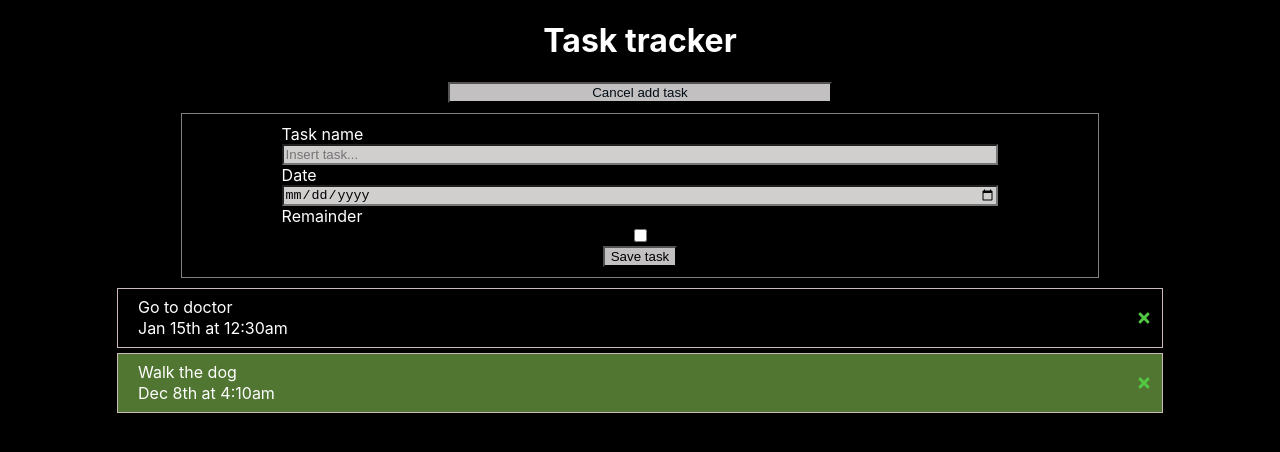
Repository: roscaImarius/task-tracker-react
Page: /, after clicking the first element matching `button.add-btn`
The author's editor kept a copy of each file at every save. The page is drawn from the files as they stood at one save, then again after a run of saves.
The browser window is 1280 px wide. The pictures show the whole page.
The project was rebuilt for these pictures with package versions that can differ from the ones it lists, and the page was loaded fresh each time. Requests to the local data server were answered from the project's data file.

Above is the page before, as saved 2021-03-31 16:11:30.

After the next 2 saves:
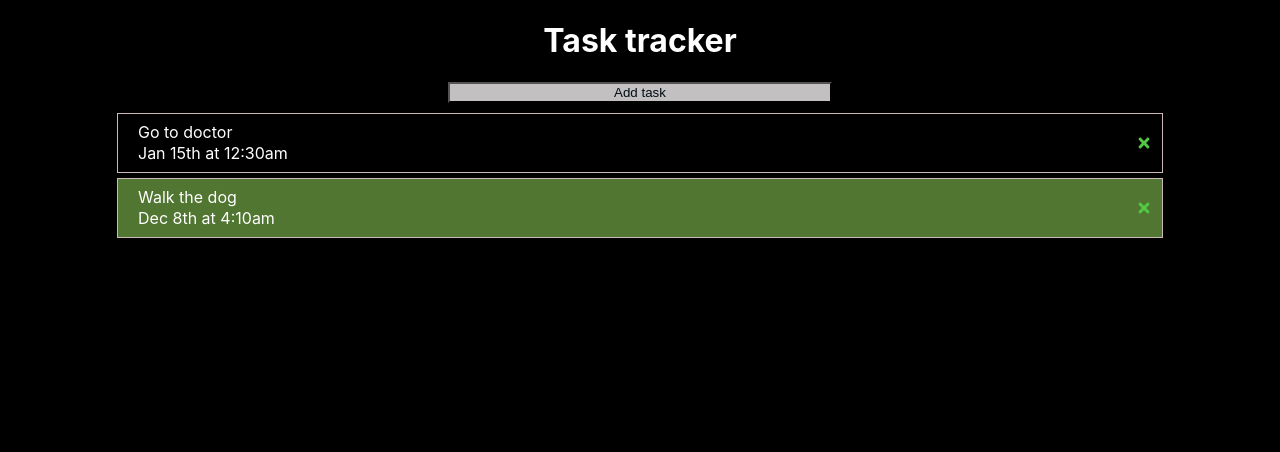
The 2 saves are shown as one change because 1 did not build or start.
The last was saved 99 s later.
--- a/src/App.js
+++ b/src/App.js
@@ -32,7 +32,7 @@
 
   // show add form
   const onClickAdd = () => {
-    setShowAdd(!showAdd);
+    // setShowAdd(!showAdd);
   };
 
   // ADD task

After the save that followed:
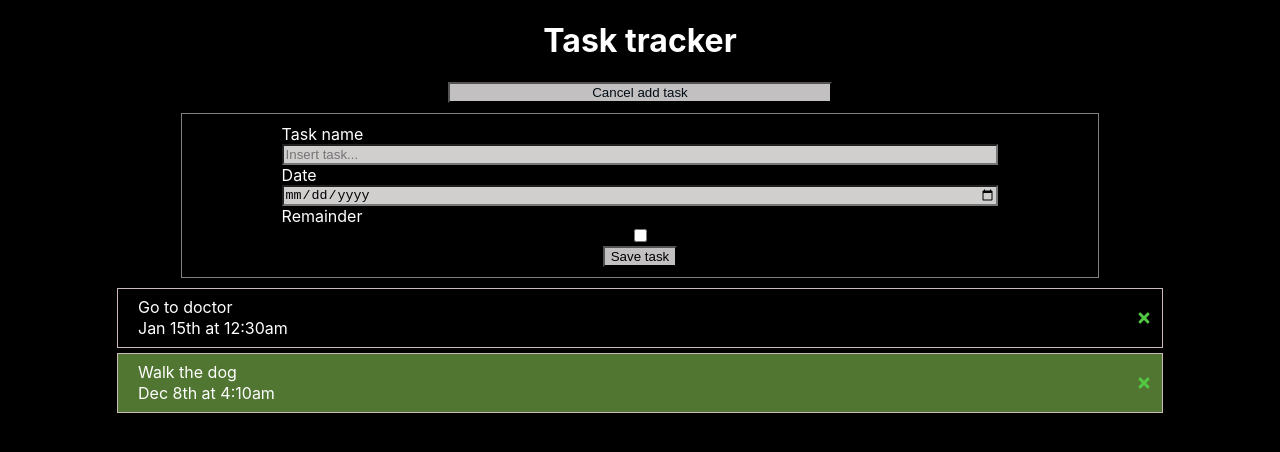
Saved 4 s later.
--- a/src/App.js
+++ b/src/App.js
@@ -32,7 +32,7 @@
 
   // show add form
   const onClickAdd = () => {
-    // setShowAdd(!showAdd);
+    setShowAdd(!showAdd);
   };
 
   // ADD task
